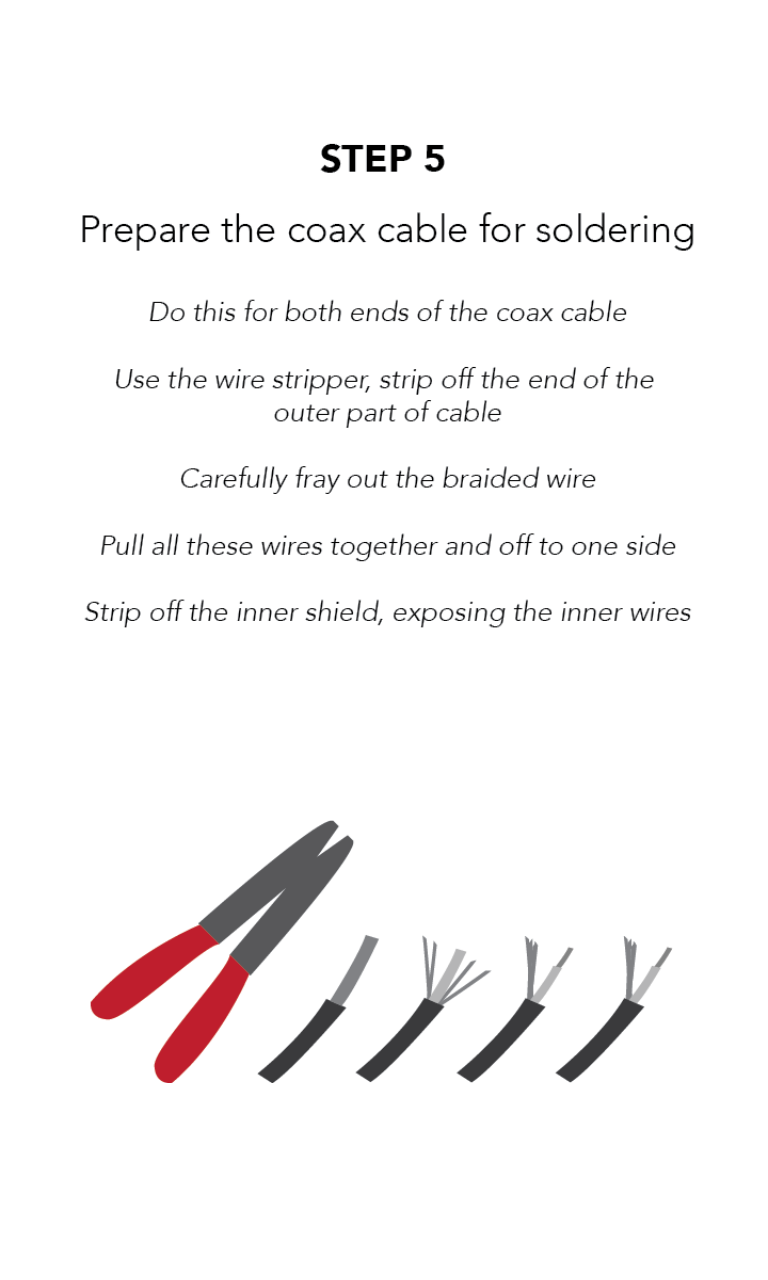
Repository: sbobhate/Android-Applications
Layout: EWBProject/res/layout/fragment_page6.xml
These files come from the project's save history. The layout is drawn as it stood at one moment and after the next save; the edit follows.
It is drawn on a 768 x 1280 px phone screen (xhdpi) without system bars, with theme AppTheme; the app's code is not run.

Above is the layout before, as saved 2014-02-22 13:52:27.

### EWBProject/res/layout/fragment_page6.xml
<?xml version="1.0" encoding="utf-8"?>
<RelativeLayout xmlns:android="http://schemas.android.com/apk/res/android"
    android:layout_width="match_parent"
    android:layout_height="match_parent" >

    <ImageView
        android:id="@+id/step5Tutorial"
        android:src="@drawable/step5tutorial"
        android:contentDescription="@string/step5_tutorial"
        android:layout_width="fill_parent"
        android:layout_height="wrap_content"
        android:layout_marginTop="20dp"
        />

    <ImageView
        android:id="@+id/step5"
        android:src="@drawable/step5"
        android:contentDescription="@string/step5"
        android:layout_width="fill_parent"
        android:layout_height="wrap_content"
        android:layout_below="@+id/step5Tutorial"
        android:layout_marginTop="30dp"
        />

</RelativeLayout>

### EWBProject/res/values-v14/styles.xml
<resources>

    <!--
        Base application theme for API 14+. This theme completely replaces
        AppBaseTheme from BOTH res/values/styles.xml and
        res/values-v11/styles.xml on API 14+ devices.
    -->
    <style name="AppBaseTheme" parent="@android:style/Theme.Holo.Light.NoActionBar.Fullscreen">
        <!-- API 14 theme customizations can go here. -->
    </style>

</resources>

### EWBProject/res/values/strings.xml
<?xml version="1.0" encoding="utf-8"?>
<resources>

    <string name="app_name">EWB Project</string>
    <string name="action_settings">Settings</string>
    <string name="hello_world">Hello world!</string>
    <string name="home_header">Home Header</string>
    <string name="instructions">Instructions</string>
    <string name="reader">Reader</string>
    <string name="home_footer">Footer</string>
    <string name="title_activity_about_us">About Us</string>
    <string name="title_activity_instructions">Instructions</string>
    <string name="materials">Materials</string>
    <string name="hello_blank_fragment">Hello blank fragment</string>
    <string name="step1">Step 1</string>
    <string name="step2">Step 2</string>
    <string name="step3">Step 3</string>
    <string name="step4">Step 4</string>
    <string name="step5">Step 5</string>
    <string name="step6">Step 6</string>
    <string name="step7">Step 7</string>
    <string name="step1_tutorial">Step 1 Tutorial</string>
    <string name="step2_tutorial">Step 2 Tutorial</string>
    <string name="step3_tutorial">Step 3 Tutorial</string>
    <string name="step4_tutorial">Step 4 Tutorial</string>
    <string name="step5_tutorial">Step 5 Tutorial</string>
    <string name="step6_tutorial">Step 6 Tutorial</string>
    <string name="step7_tutorial">Step 7 Tutorial</string>
    <string name="blueprint">Blueprint</string>
    <string name="title_activity_reader">Reader</string>
    <string name="title_activity_cdma_visual">CdmaVisual</string>
    <string name="signal_quality">Signal Quality</string>
    <string name="cdma_title">What is CDMA ?</string>
    <string name="description">Code division multiple access (CDMA) is a channel access method used by various radio communication technologies.
CDMA is an example of multiple access, which is where several transmitters can send information simultaneously over a single communication channel. This allows several users to share a band of frequencies (see bandwidth). To permit this to be achieved without undue interference between the users CDMA employs spread-spectrum technology and a special coding scheme (where each transmitter is assigned a code).
CDMA is used as the access method in many mobile phone standards such as cdmaOne, CDMA2000 (the 3G evolution of cdmaOne), and WCDMA (the 3G standard used by GSM carriers), which are often referred to as simply CDMA.</string>
	<string name="about_us">About Us</string>

</resources>

Loaded but not shown: EWBProject/res/values/styles.xml (common file); EWBProject/res/values-v11/styles.xml (common file)

After the next save:
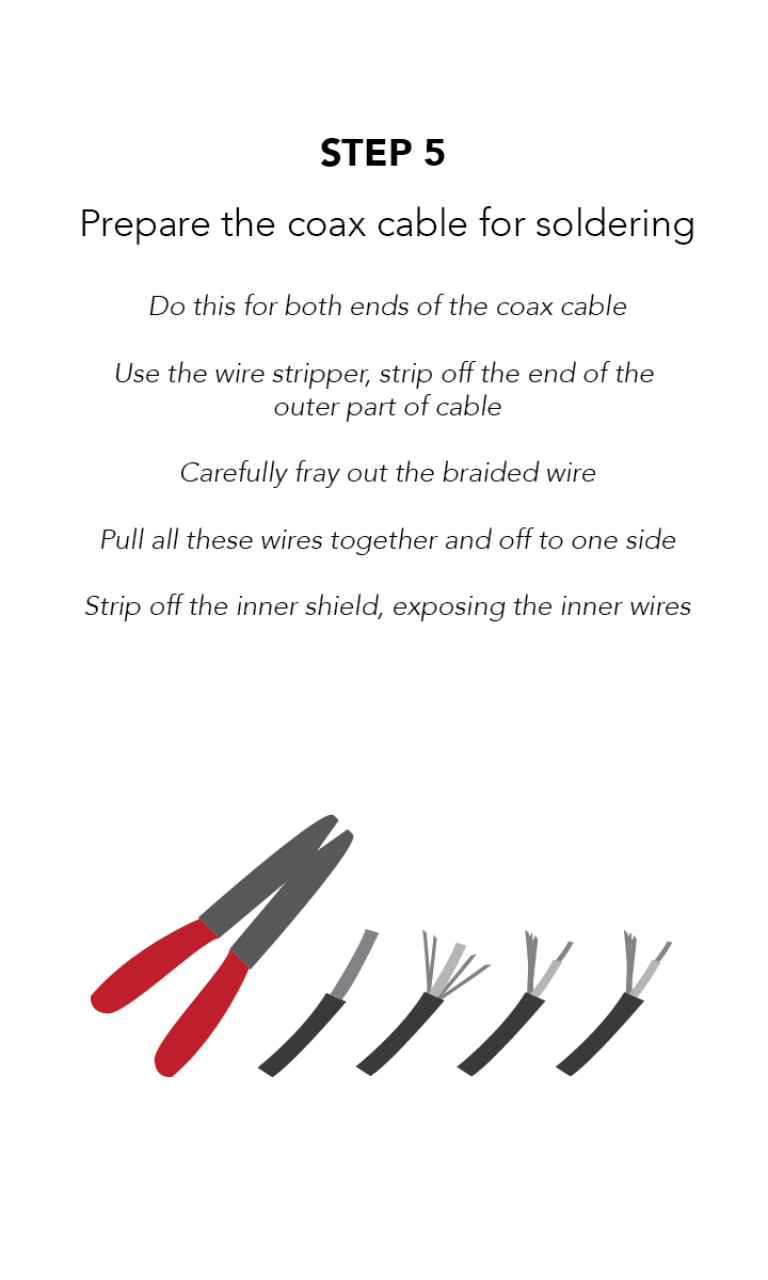
Saved 39 s later.
--- a/EWBProject/res/layout/fragment_page6.xml
+++ b/EWBProject/res/layout/fragment_page6.xml
@@ -9,7 +9,7 @@
         android:contentDescription="@string/step5_tutorial"
         android:layout_width="fill_parent"
         android:layout_height="wrap_content"
-        android:layout_marginTop="20dp"
+        android:layout_marginTop="17dp"
         />
 
     <ImageView
